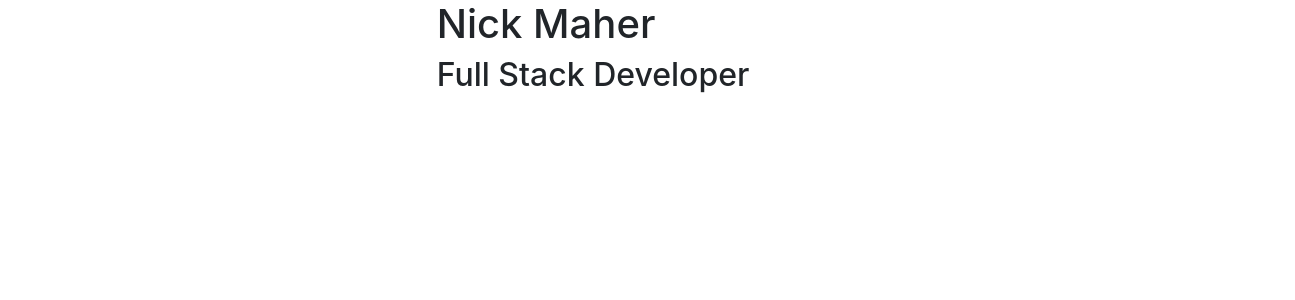
Repository: nick-maher/My-CV
Page: index.html
The author's editor kept a record of every edit. The page is drawn from the files as they stood at one moment, then again after the next edit.
The browser window is 1280 px wide. The page is 1295 px wide, so the pictures cover 1295 px, including what lies to the right of the window. The pictures show the whole page.

Above is the page before.

After the next edit:
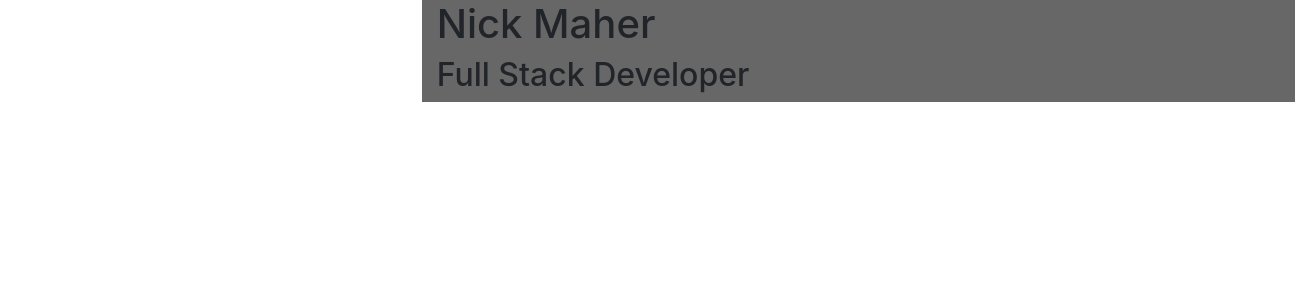
The edit:
--- a/index.html
+++ b/index.html
@@ -23,7 +23,7 @@
 
       <div class= "col-md-8">
          <div class= "row">
-          <div class= "col heading" >
+          <div class= "col heading bg-color-name-title" >
              <h1 class = "name">Nick Maher</h1>
              <h2 class = "title">Full Stack Developer</h2>
           </div>
